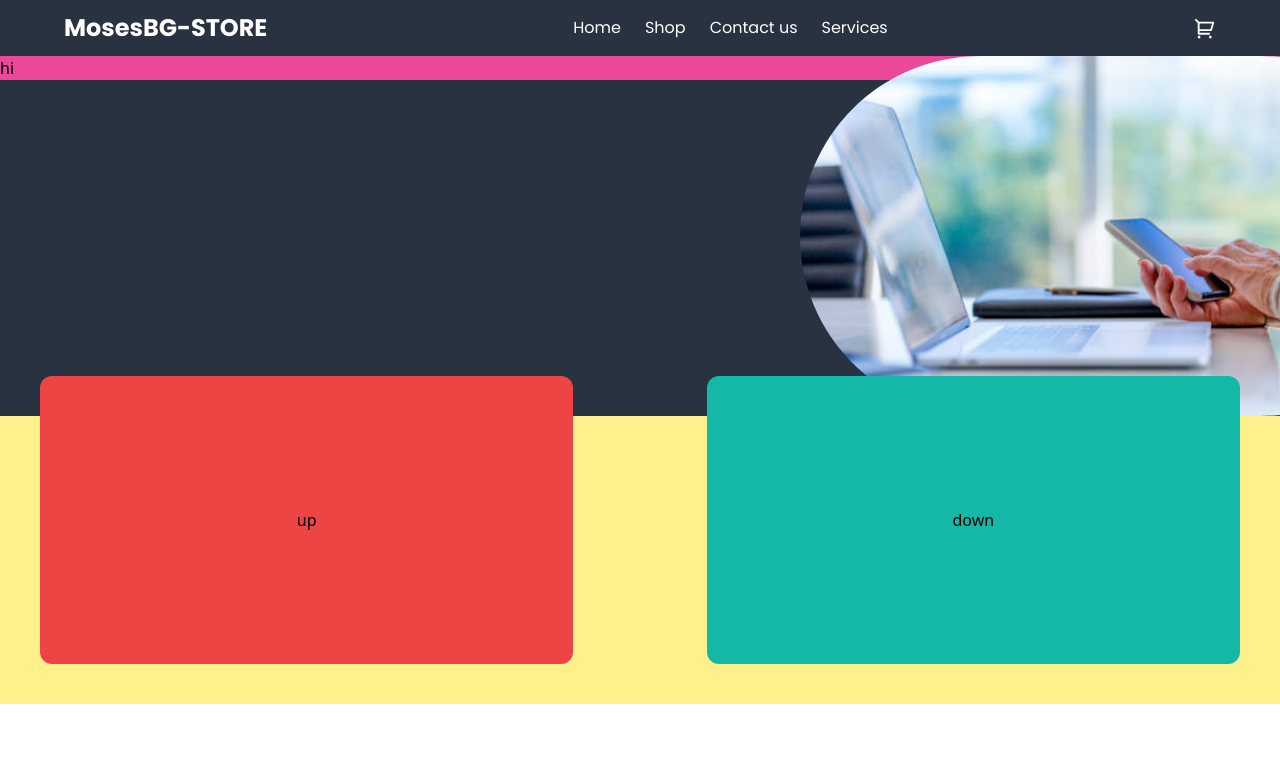
Repository: moshebengan/cart
Page: /fake-store/contact-us
An editor plug-in stored every save of this project. The page is shown before and after the next save, followed by the edit.
The browser window is 1280 px wide. The pictures show the whole page.
The project was rebuilt for these pictures with package versions that can differ from the ones it lists, and the page was loaded fresh each time. Also part of the build but not shown: vite.config.js, src/components/Error.jsx, src/utils/data.js, src/utils/apiCalls.js, src/components/Loading.jsx, src/components/Products.jsx, src/components/Footer.jsx, src/pages/HomePage.jsx and 5 more.

Above is the page before, as saved 2024-09-16 08:46:27.

After the next save:
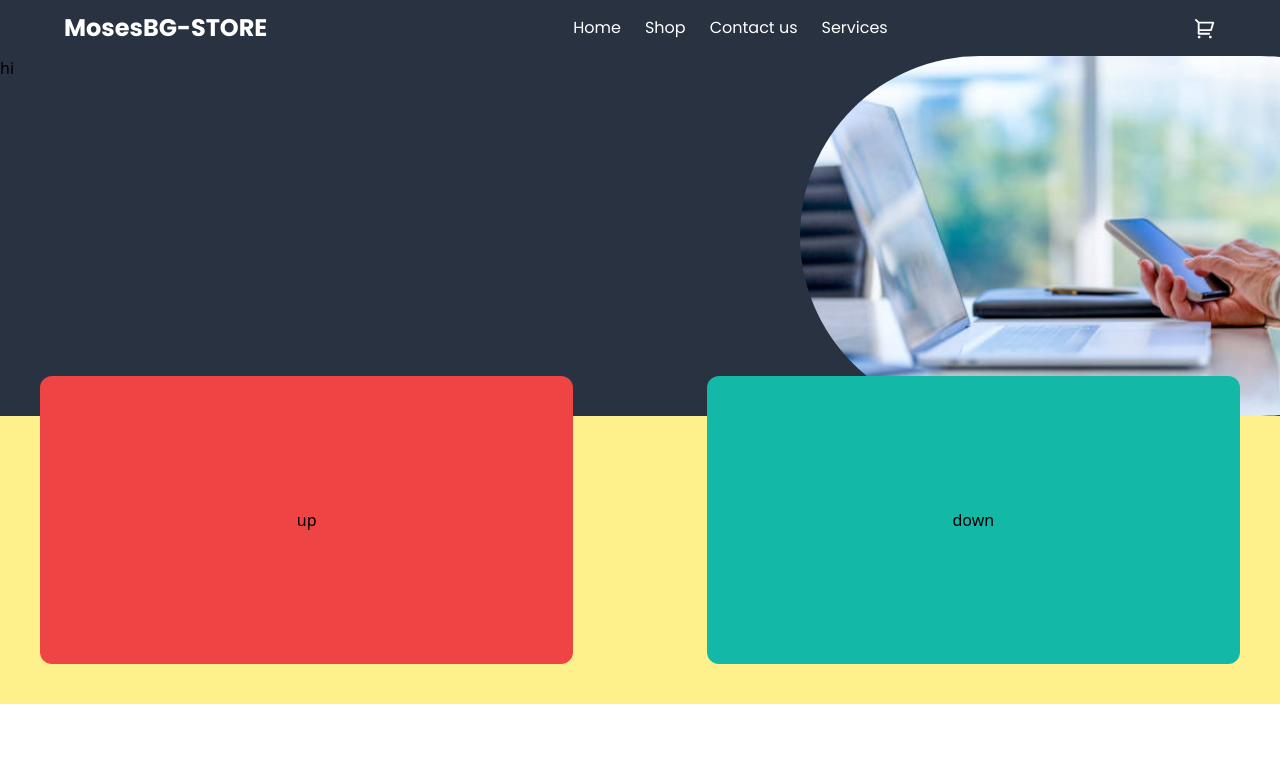
Saved 25 s later.
--- a/src/pages/ContactUs.jsx
+++ b/src/pages/ContactUs.jsx
@@ -4,7 +4,7 @@ const ContactUs = () => {
   return (
     <div className="w-full h-screen flex flex-col overflow-x-hidden">
     <div className="bg-dark-blue w-full h-[50%] relative">
-        <div className="bg-pink-500 flex flex-col">hi</div>
+        <div className="bg-pink h-full-500 flex flex-col">hi</div>
       <img src="/public/contactus2.jpg" alt="" className="w-[50%] h-full absolute -right-40 top-0 rounded-full object-cover"  />
       </div>
       <div className="w-full h-[40%] bg-yellow-200 flex flex-row relative">
